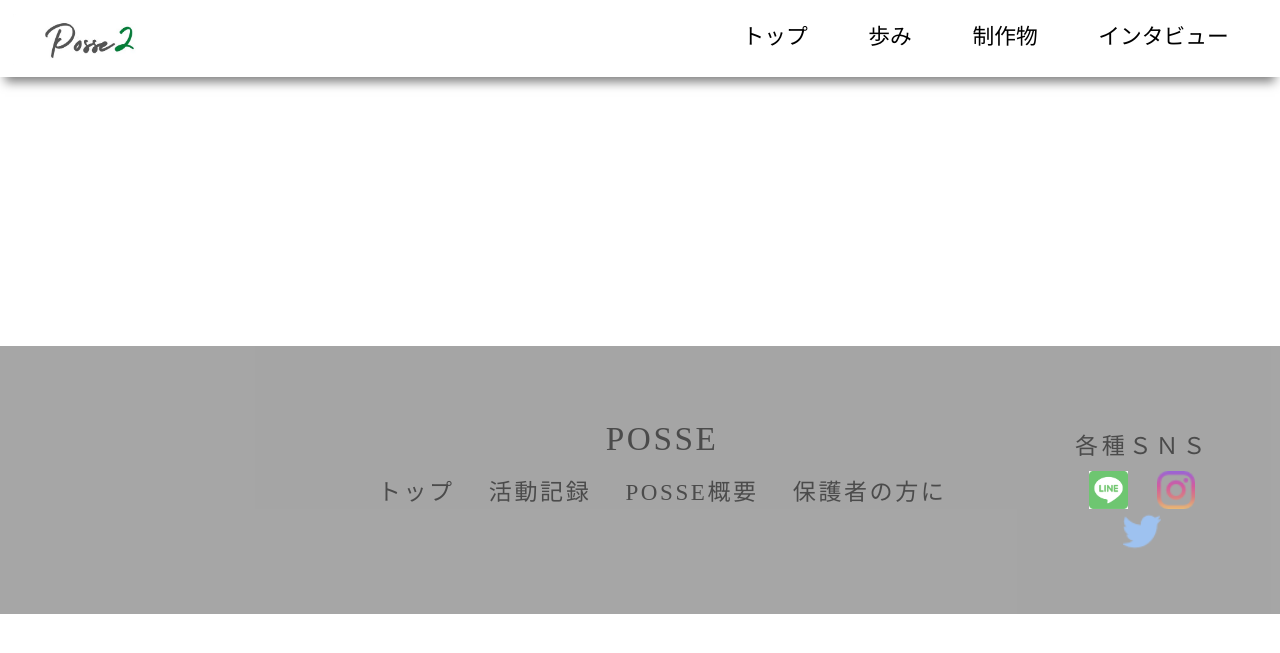
Repository: posse-ap/posse2-hackathon-202202-team2A
Page: topPage/index.html
An editor plug-in stored every save of this project. The page is shown before and after the next save, followed by the edit.
The browser window is 1280 px wide. The pictures show the whole page.

Above is the page before, as saved 2022-02-15 02:36:03.

After the next save:
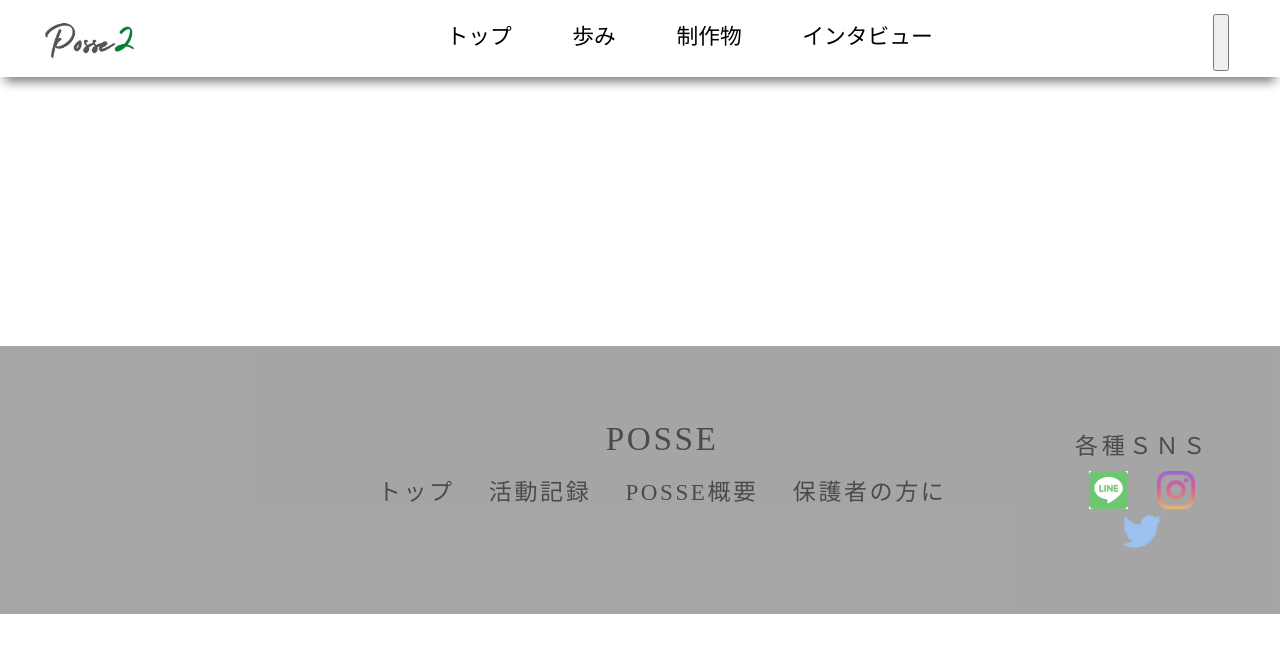
Saved 2 min 45 s later.
--- a/topPage/style.css
+++ b/topPage/style.css
@@ -66,6 +66,7 @@ body {
     box-shadow: 0px 10px 10px -5px rgba(0, 0, 0, 0.5);
 }
 
+.S
 
 
 /* -------------------- */
